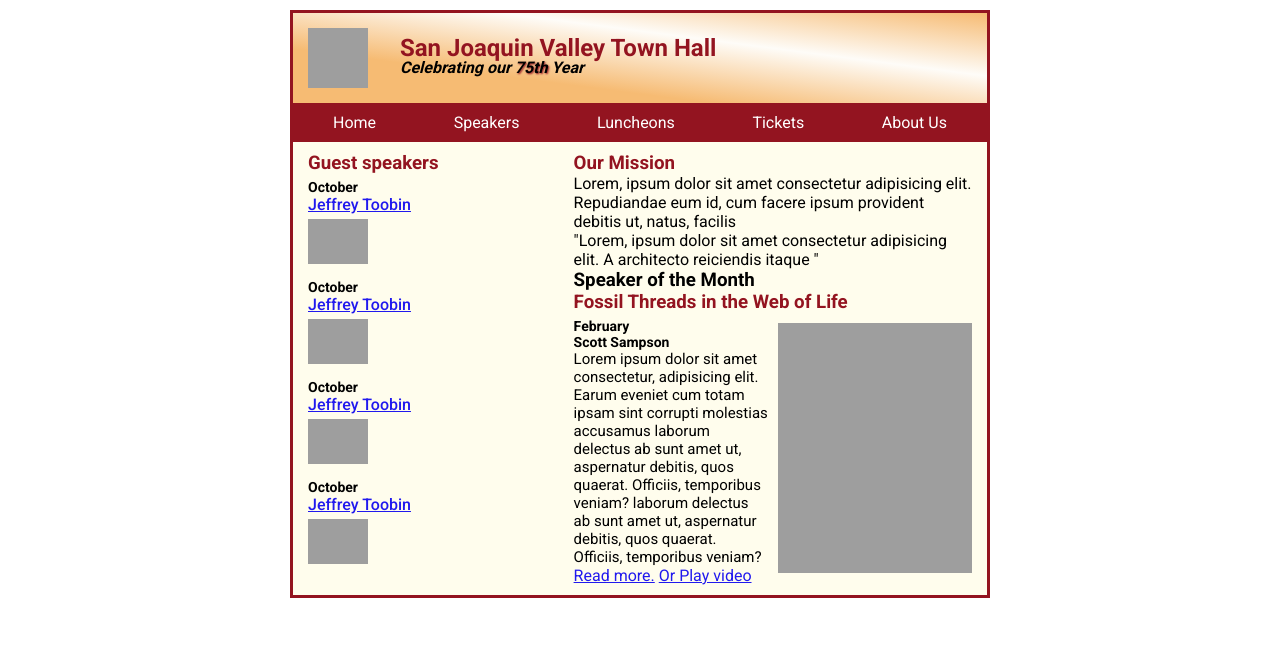
Repository: Mannj-nef/ex-5-6-7-8_IvVettech
Page: index.html
An editor plug-in stored every save of this project. The page is shown before and after the next save, followed by the edit.
The browser window is 1280 px wide. The pictures show the whole page.
Pictures or frames that could not be fetched are drawn as grey boxes.

Above is the page before, as saved 2022-03-24 22:57:18.

After the next save:
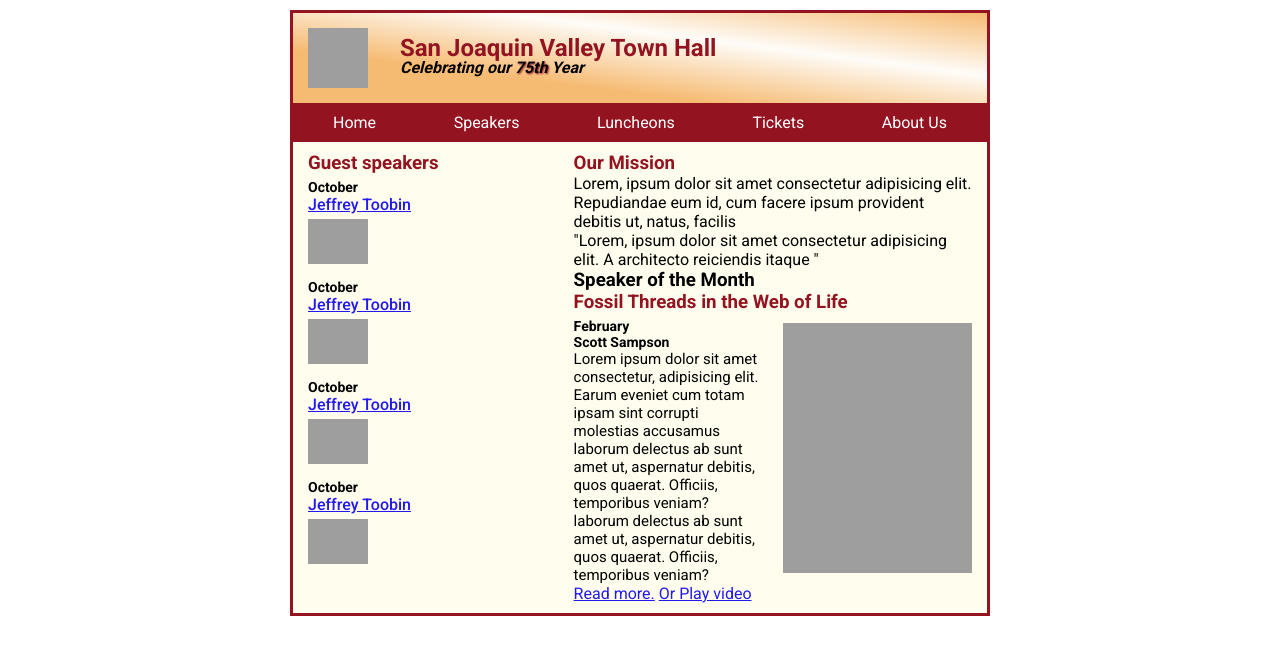
Saved 9 s later.
--- a/Asset/style.css
+++ b/Asset/style.css
@@ -149,7 +149,7 @@ html {
   color: var(--blue-color);
 }
 .constent-right__center-right {
-  margin: 10px 0 0 10px;
+  margin: 10px 0 0 20px;
   width: 100px;
   height: 250px;
   display: flex;
